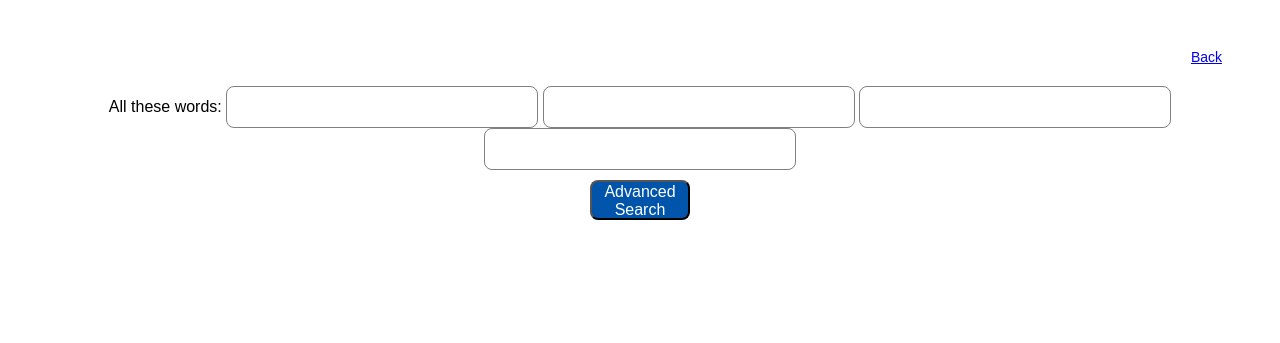
Repository: lyutok/cs50-search-project
Page: advanced.html
An editor plug-in stored every save of this project. The page is shown before and after the next save, followed by the edit.
The browser window is 1280 px wide. The pictures show the whole page.
The style sheet was rebuilt from its Sass, Less or Tailwind sources for each picture, by a compiler version that may differ from the author's.

Above is the page before, as saved 2025-07-07 12:10:06.

After the next save:
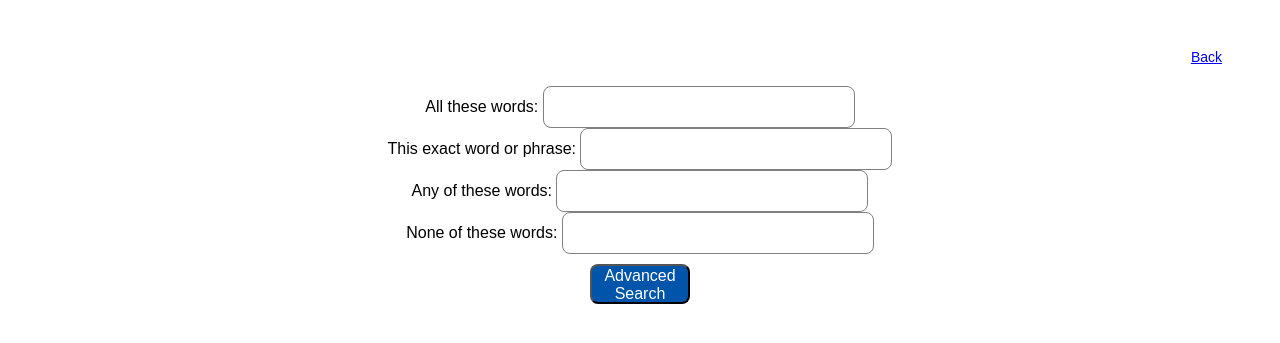
Saved 2 min 14 s later.
--- a/advanced.html
+++ b/advanced.html
@@ -10,11 +10,25 @@
         <a href="google.html">Back</a>
     </div>
     <form action="https://www.google.com/search">
-        <label for="all-words">All these words:</label>
-        <input type="text" id="all-words" name="as_q">
-        <input type="text" name="this exact word or phrase:">
-        <input type="text" name="any of these words:">
-        <input type="text" name="none of these words:">
+        <label>
+            All these words:
+            <input type="text" name="as_q">
+        </label>
+        <br>
+        <label>
+            This exact word or phrase:
+            <input type="text" name="as_epq">
+        </label>
+        <br>
+        <label>
+            Any of these words:
+            <input type="text" name="as_oq">
+        </label>
+        <br>
+        <label>
+            None of these words:
+            <input type="text" name="as_eq">
+        </label>
         <br>
         <button id="advanced" type="submit">Advanced Search</button>
     </form>
